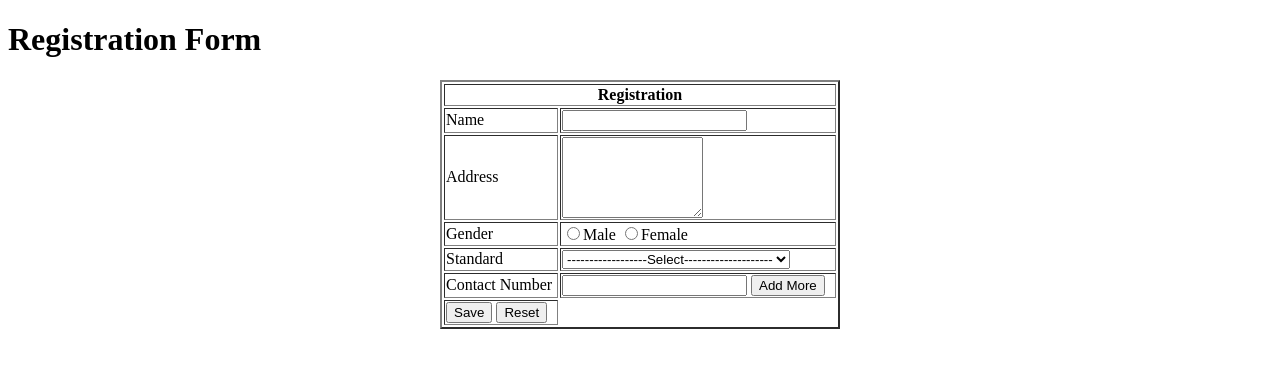
Repository: nsbgit/JavaTutorial
Page: http://localhost/2ndBatch/
The author's editor kept a copy of each file at every save. The page is drawn from the files as they stood at one save, then again after the next save.
The browser window is 1280 px wide. The pictures show the whole page.
The page is served by Tomcat 9.

Above is the page before, as saved 2013-12-17 20:19:08.

### Webel Daily Home/J2EE Webel Tutorial Class/2ndBatch/WebContent/1st.jsp
<%@ page language="java" contentType="text/html; charset=ISO-8859-1"
    pageEncoding="ISO-8859-1"%>
<!DOCTYPE html PUBLIC "-//W3C//DTD HTML 4.01 Transitional//EN" "http://www.w3.org/TR/html4/loose.dtd">
<html>
<head>
<meta http-equiv="Content-Type" content="text/html; charset=ISO-8859-1">
<title>Webel Tutorial</title>
</head>
<body>
	<form action="#" method="post">
	<%--
	We have to draw or make a table inside form tag because this tag is required to pass the value into SERVLET
	 --%>
		<table border="2" width="400px" align="center">
		<%--
		Table is created into a row and column manner
		 --%>
			<h1 >Registration Form</h1> <%-- This is for heading of the page --%>

			<tr>
			<%--
			This tag is used for creation of a new row
			 --%>
				<th align="center" colspan="2">Registration</th> <%-- This tag is used for table header --%>
			</tr>

			<tr>
				<td>Name</td> <%-- This tag is for the new column for a particular row --%>
				<td>
					<input type="text"> <%-- Syntax for TEXTBOX --%>
				</td>
			</tr>

			<tr>
				<td>Address</td>
				<td>
					<textarea rows="5" cols="15"></textarea> <%-- Syntax for TEXT AREA --%>
				</td>
			</tr>


			<tr>
				<td>Gender</td>
				<td>
					<input type="radio">Male <%-- Syntax for RADIO BUTTON --%>
					<input type="radio">Female
				</td>
			</tr>

			<tr>
				<td>Standard</td>
				<td>
					<select>
					<%--
					This tag is used for creation of drop down list but the option will be not created through it.
					 --%>
						<option>------------------Select--------------------</option>
						<%--
						Options will be created by this tag
						 --%>
						<option>Standard 1</option>
						<option>Standard 2</option>
						<option>Standard 3</option>
						<option>Standard 4</option>
					</select>
				</td>
			</tr>

			<tr>
				<td>Contact Number</td>
				<td>
					<input type="text">
					<input type="button" value="Add More"><%-- Syntax for BUTTON --%>
				</td>
			</tr>

			<tr>
				<td>
					<input type="submit" value="Save">
					<input type="reset" value="Reset">
				</td>
			</tr>



		</table>
	</form>
</body>
</html>

After the next save:
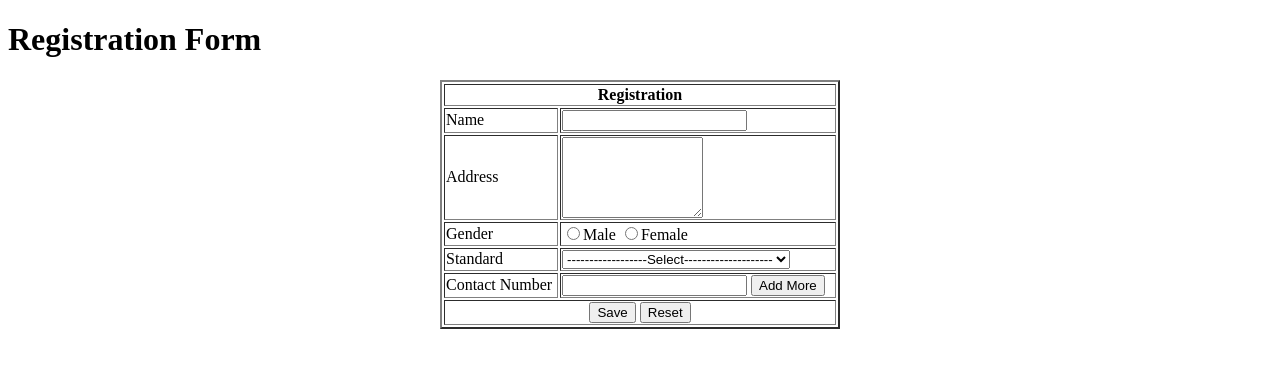
Saved 64 s later.
--- a/Webel Daily Home/J2EE Webel Tutorial Class/2ndBatch/WebContent/1st.jsp
+++ b/Webel Daily Home/J2EE Webel Tutorial Class/2ndBatch/WebContent/1st.jsp
@@ -75,7 +75,7 @@
 			</tr>
 
 			<tr>
-				<td>
+				<td align="center" colspan="2">
 					<input type="submit" value="Save">
 					<input type="reset" value="Reset">
 				</td>
